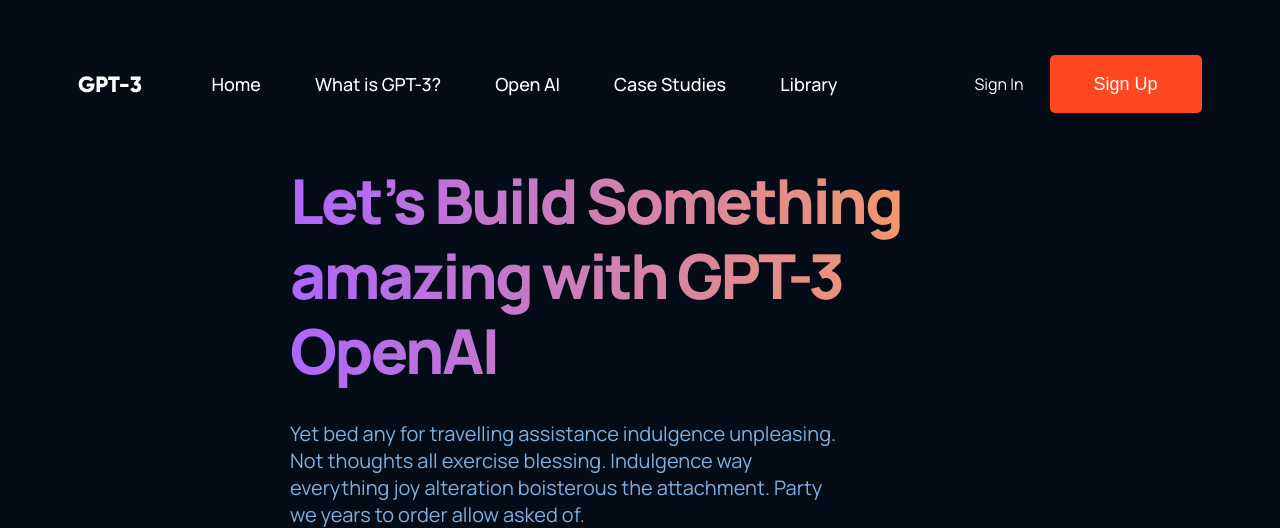
Repository: guilhermecardoso93/lp-gpt3
Page: index.html
These files come from the project's save history. The page is drawn as it stood at one moment and after the next save; the edit follows.
The browser window is 1280 px wide. The pictures show the part of the page from y = 0 to 528 px (the page is 1284 px tall before and 1233 px after).
Pictures or frames that could not be fetched are drawn as grey boxes.

Above is the page before, as saved 2022-08-23 19:15:03.

After the next save:
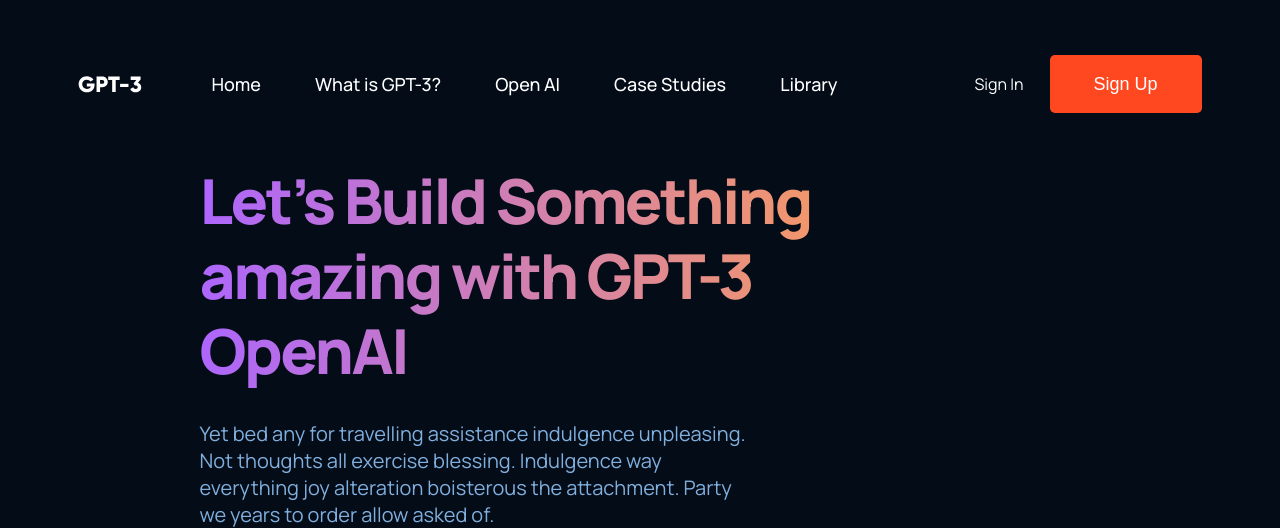
Saved 31 s later.
--- a/index.html
+++ b/index.html
@@ -43,13 +43,14 @@
           <h2>
             Yet bed any for travelling assistance indulgence unpleasing. Not thoughts all exercise blessing. Indulgence way everything joy alteration boisterous the attachment. Party we years to order allow asked of.
           </h2>
-          <div class="input">
-            <input type="text" placeholder="">
-          </div>
+
         </div>
         <div class="image-content">
           <img src="./assets/header-illustration.png" alt="">
         </div>
+      </div>
+      <div class="input">
+        <input type="text" placeholder="">
       </div>
 
     </div>
